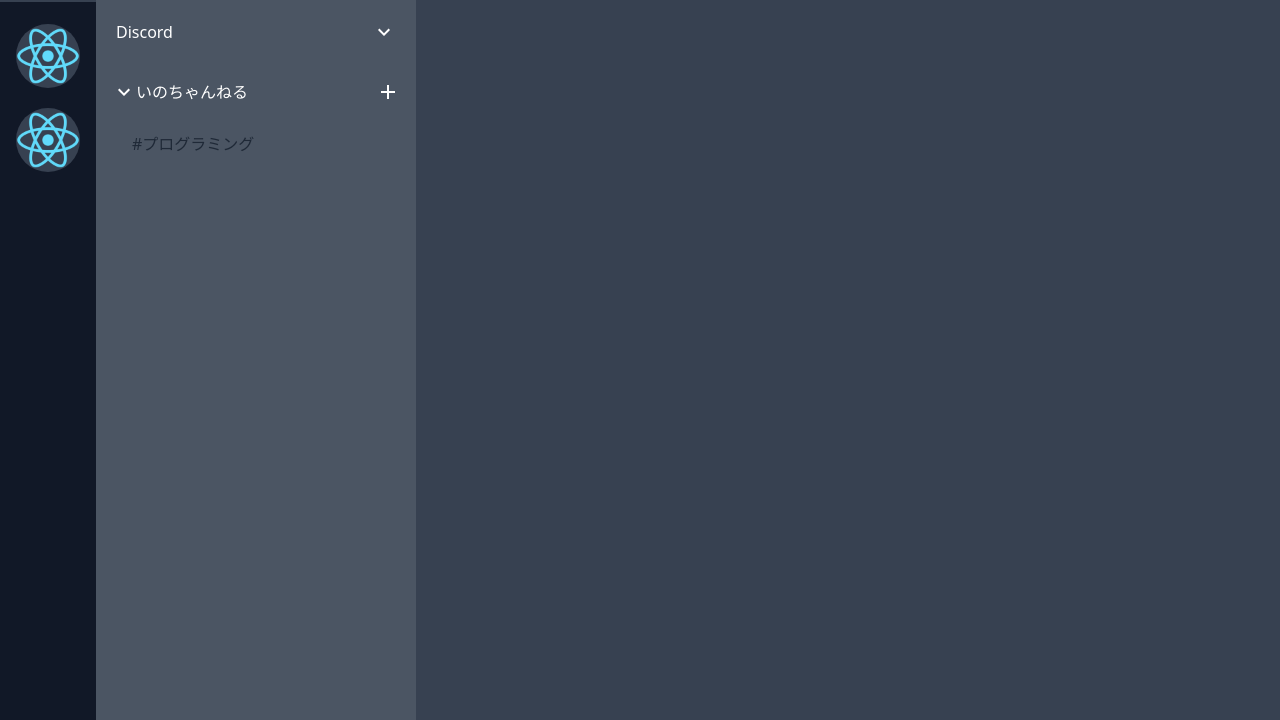
Repository: koheiino/discord-clone
Page: /
The author's editor kept a copy of each file at every save. The page is drawn from the files as they stood at one save, then again after the next save.
The browser window is 1280 px wide. The pictures show the whole page.
The project was rebuilt for these pictures with package versions that can differ from the ones it lists, and the page was loaded fresh each time. Also part of the build but not shown: src/App.css.

Above is the page before, as saved 2023-04-05 23:47:11.

After the next save:
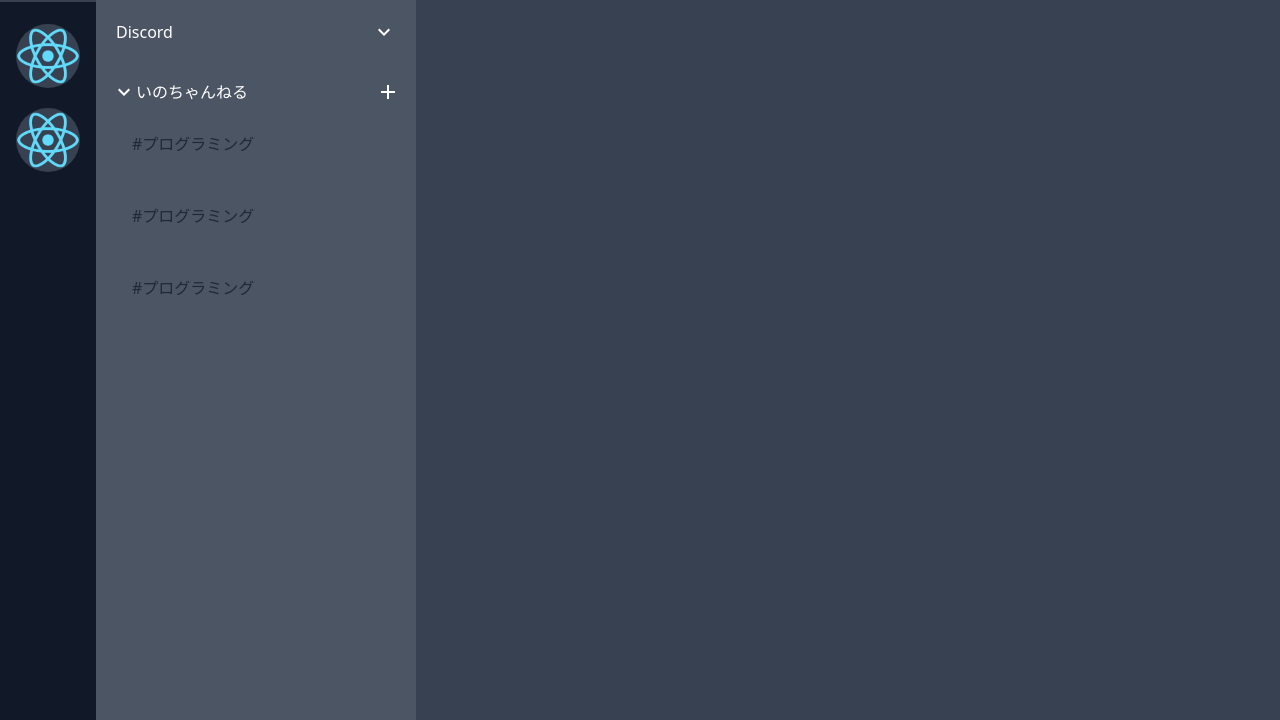
Saved 39 s later.
--- a/src/components/Sidebar.tsx
+++ b/src/components/Sidebar.tsx
@@ -36,6 +36,8 @@
           </div>
           <div className="sidebarChannelsList ">
             <SidebarChannnel />
+            <SidebarChannnel />
+            <SidebarChannnel />
           </div>
         </div>
       </div>
